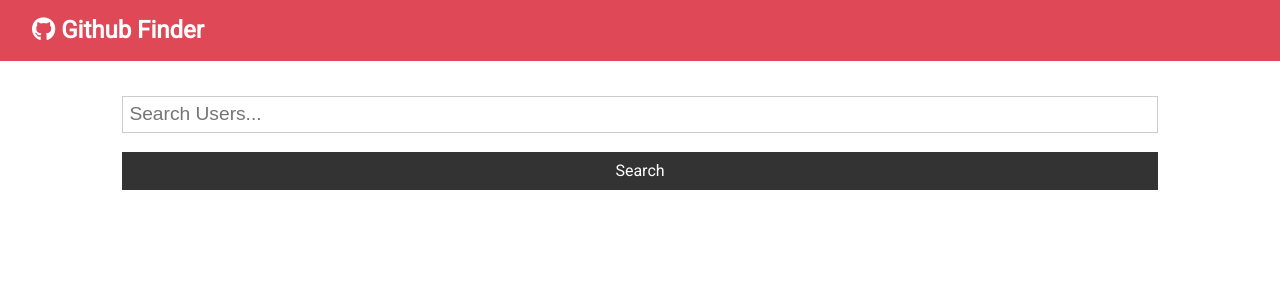
Repository: Redshreds/githubfinder
Page: /
The author's editor kept a copy of each file at every save. The page is drawn from the files as they stood at one save, then again after the next save.
The browser window is 1280 px wide. The pictures show the whole page.
Some web libraries are served in a nearby version. The project was rebuilt for these pictures with package versions that can differ from the ones it lists, and the page was loaded fresh each time. Also part of the build but not shown: src/components/users/UserItem.js, src/components/layout/Spinner.js.

Above is the page before, as saved 2023-02-26 14:43:12.

After the next save:
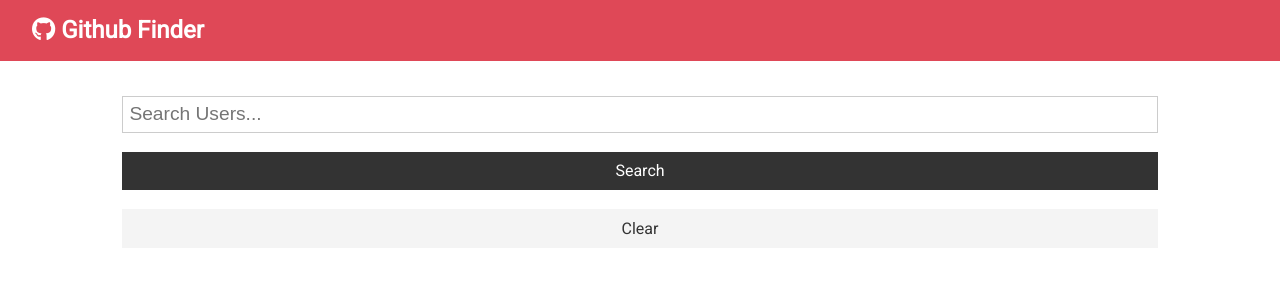
Saved 32 s later.
--- a/src/components/users/Search.js
+++ b/src/components/users/Search.js
@@ -8,7 +8,8 @@
     };
 
     static propTypes = {
-        searchUsers: PropTypes.func.isRequired
+        searchUsers: PropTypes.func.isRequired,
+        clearUsers: PropTypes.func.isRequired,
     };
 
     onSubmit = e => {
@@ -37,6 +38,7 @@
             className='btn btn-dark btn-block'
              />
             </form>
+            <button className="btn btn-light btn-block" onClick={this.props.clearUsers}>Clear</button>
       </div>
     )
   }

After the 6 saves that followed:
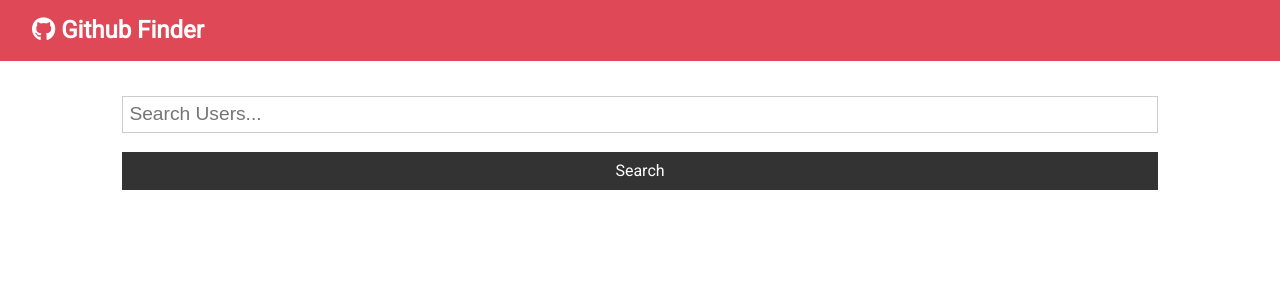
The 6 saves are shown as one change because 5 left the picture as it was.
The last was saved 7 min 16 s later.
--- a/src/App.js
+++ b/src/App.js
@@ -41,8 +41,13 @@
       <div className='App'>
         <Navbar />  {/*'Navbar title=' would be a prop*/}
         <div className='container'>
-          <Search searchUsers={this.searchUsers} clearUsers={this.clearUsers} />
-          <Users loading={this.state.loading} users={this.state.users}/>
+          <Search
+            searchUsers={this.searchUsers}
+            clearUsers={this.clearUsers}
+            showClear={this.state.users.length > 0 ? true : false} />
+          <Users
+            loading={this.state.loading}
+            users={this.state.users} />
         </div>
       </div>
     );
--- a/src/components/users/Search.js
+++ b/src/components/users/Search.js
@@ -10,6 +10,7 @@
     static propTypes = {
         searchUsers: PropTypes.func.isRequired,
         clearUsers: PropTypes.func.isRequired,
+        showClear: PropTypes.bool.isRequired
     };
 
     onSubmit = e => {
@@ -38,7 +39,9 @@
             className='btn btn-dark btn-block'
              />
             </form>
-            <button className="btn btn-light btn-block" onClick={this.props.clearUsers}>Clear</button>
+            {this.props.showClear && (<button
+                className="btn btn-light btn-block"
+                onClick={this.props.clearUsers}>Clear</button>)}
       </div>
     )
   }
